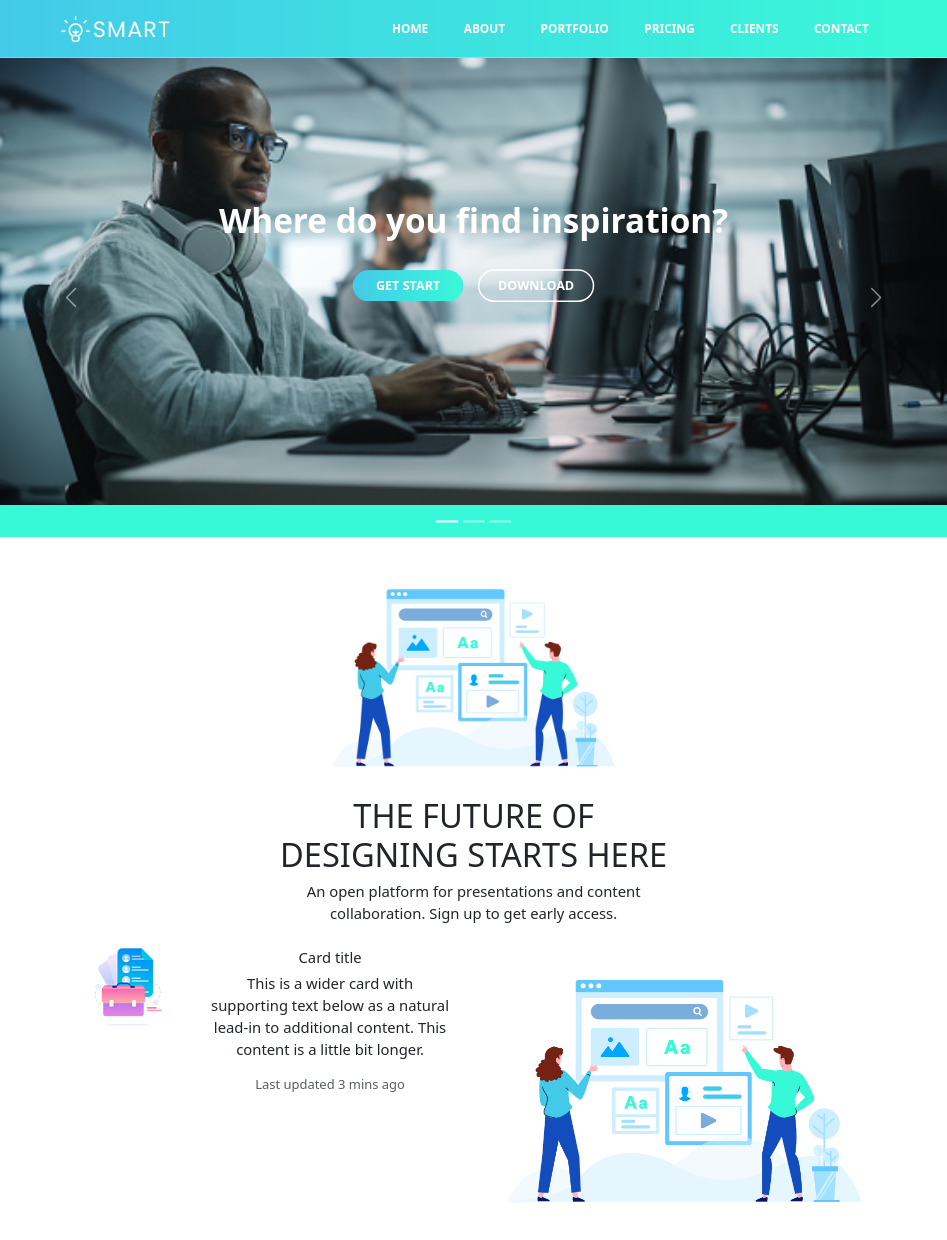
Repository: rizwan-zafar/smart-React
Page: /
The author's editor kept a copy of each file at every save. The page is drawn from the files as they stood at one save, then again after the next save.
The browser window is 1280 px wide. The pictures show the whole page, at 74% of full size.
The project was rebuilt for these pictures with package versions that can differ from the ones it lists, and the page was loaded fresh each time.

Above is the page before, as saved 2022-11-17 10:58:59.

### public/index.html
<!DOCTYPE html>
<html lang="en">
  <head>
    <meta charset="utf-8" />
    <link rel="icon" href="%PUBLIC_URL%/favicon.ico" />
    <meta name="viewport" content="width=device-width, initial-scale=1" />
    <meta name="theme-color" content="#000000" />
    <meta
      name="description"
      content="Web site created using create-react-app"
    />
    <link rel="apple-touch-icon" href="%PUBLIC_URL%/logo192.png" />
    <!--
      manifest.json provides metadata used when your web app is installed on a
      user's mobile device or desktop. See https://developers.google.com/web/fundamentals/web-app-manifest/
    -->
    <link rel="manifest" href="%PUBLIC_URL%/manifest.json" />
    <!--
      Notice the use of %PUBLIC_URL% in the tags above.
      It will be replaced with the URL of the `public` folder during the build.
      Only files inside the `public` folder can be referenced from the HTML.

      Unlike "/favicon.ico" or "favicon.ico", "%PUBLIC_URL%/favicon.ico" will
      work correctly both with client-side routing and a non-root public URL.
      Learn how to configure a non-root public URL by running `npm run build`.
    -->
    <title>React App</title>
  </head>
  <body>
    <noscript>You need to enable JavaScript to run this app.</noscript>
    <div id="root"></div>

   </body>
</html>

### src/index.js
import React from 'react';
import './index.css';
import "../node_modules/bootstrap/dist/css/bootstrap.min.css"
import "../node_modules/bootstrap/dist/js/bootstrap.min.js"
import "./Components/FontawsomeIcons"
import ReactDOM from 'react-dom/client';
import App from './App';
const root = ReactDOM.createRoot(document.getElementById('root'));
root.render(
  <React.StrictMode>
    <App />
  </React.StrictMode>
);

// If you want to start measuring performance in your app, pass a function
// to log results (for example: reportWebVitals(console.log))
// or send to an analytics endpoint. Learn more: https://bit.ly/CRA-vitals

### src/Components/FontawsomeIcons/index.js
import {library} from "@fortawesome/fontawesome-svg-core"
import {faUser,faBars,faPlus} from "@fortawesome/free-solid-svg-icons"
library.add(faUser,faBars,faPlus)

### src/App.js
 import HomePage from "./Pages/Home"
function App() {
  return (
    <div className="App">
        <HomePage />
    </div>
  );
}

export default App;

### src/Pages/Home.js
import React from 'react'
import Navbar from "../Components/Navbar"
import Slider from "../Components/Slider"
import Service from "../Components/Service";
export default function Home() {
    return (
        <div>
            <Navbar />
            <Slider />
            <Service />
        </div>
    )
}

### src/Components/Navbar.js
import React from 'react'
import "../Css/Navbar.css"

import { FontAwesomeIcon } from "@fortawesome/react-fontawesome"
export default function Navbar() {
    const [hamburgerIcon, setHamburgerIcon] = React.useState('bars')
    const [rotateIcon, setRotateIcon] = React.useState('')
    const handleHumBurger = (hamburgerIcon) => {
        if (hamburgerIcon === 'bars') {
            setRotateIcon('icon-rotate')
            setHamburgerIcon('plus')
        } else {
            setRotateIcon('anti-icon-rotate')
            setHamburgerIcon("bars")
        }
    }
     return (
        <div className="NavContainer">
            <nav className="navbar navbar-expand-lg navbar-dark">
                <div className="container">
                    <a className="navbar-brand" href="/">
                        <img className="img-fluid" src="Images/logo.png" alt="not found" />
                    </a>
                    <div className="navbar-toggler" type="button" data-bs-toggle="collapse"   onClick={() => { handleHumBurger(hamburgerIcon) }} data-bs-target="#navbarNav" aria-controls="navbarNav" aria-expanded="false" aria-label="Toggle navigation">
                        <FontAwesomeIcon  className={rotateIcon} icon={hamburgerIcon}  />
                    </div>
                    <div className="collapse navbar-collapse navSetting" id="navbarNav">
                        <ul className="navbar-nav ms-auto">
                            <li className="nav-item">
                                <a className="nav-link active" aria-current="page" href="/">Home</a>
                            </li>
                            <li className="nav-item">
                                <a className="nav-link" href="/">ABOUT</a>
                            </li>
                            <li className="nav-item">
                                <a className="nav-link" href="/">PORTFOLIO</a>
                            </li>

                            <li className="nav-item">
                                <a className="nav-link" href="/">PRICING</a>
                            </li>

                            <li className="nav-item">
                                <a className="nav-link" href="/">CLIENTS</a>
                            </li>

                            <li className="nav-item">
                                <a className="nav-link" href="/">CONTACT</a>
                            </li>

                        </ul>
                    </div>
                </div>
            </nav>
        </div>
    )
}

### src/Components/Slider.js
import React from 'react'
import "../Css/Slider.css"

export default function Slider() {
    return (
        <div className="sliderContainer">
            <div id="carouselExampleCaptions" className="carousel slide" data-bs-ride="false">

                <div className="carousel-indicators">
                    <button type="button" data-bs-target="#carouselExampleCaptions" data-bs-slide-to="0" className="active" aria-current="true" aria-label="Slide 1"></button>
                    <button type="button" data-bs-target="#carouselExampleCaptions" data-bs-slide-to="1" aria-label="Slide 2"></button>
                    <button type="button" data-bs-target="#carouselExampleCaptions" data-bs-slide-to="2" aria-label="Slide 3"></button>
                </div>

                <div className="carousel-inner">
                    <div className="carousel-item active bg-cover slide-image1">
                        <div className="carousel-caption">
                            <p> If not now, then when?</p>
                            <div>
                                <button className="btn btn1">Get Start</button>
                                <button className="btn btn2">Download</button>
                            </div>
                        </div>
                    </div>
                    <div className="carousel-item active bg-cover slide-image2">
                        <div className="carousel-caption">
                            <p>What does your joy look like today?</p>
                            <div>
                                <button className="btn btn1">Get Start</button>
                                <button className="btn btn2">Download</button>
                            </div>
                        </div>
                    </div>
                    <div className="carousel-item active bg-cover slide-image3">
                        <div className="carousel-caption">
                            <p>Where do you find inspiration?</p>
                            <div>
                                <button className="btn btn1">Get Start</button>
                                <button className="btn btn2">Download</button>
                            </div>
                        </div>
                    </div>
                </div>
                <button className="carousel-control-prev" type="button" data-bs-target="#carouselExampleCaptions" data-bs-slide="prev">
                    <span className="carousel-control-prev-icon" aria-hidden="true"></span>
                    <span className="visually-hidden">Previous</span>
                </button>
                <button className="carousel-control-next" type="button" data-bs-target="#carouselExampleCaptions" data-bs-slide="next">
                    <span className="carousel-control-next-icon" aria-hidden="true"></span>
                    <span className="visually-hidden">Next</span>
                </button>
            </div>
        </div>
    )
}

### src/Components/Service.js
import React from 'react'
import "../Css/Services.css"
export default function Service() {
    return (
        <div className="services">
            <br />
            <div className="text-center">
                <img class="custom-image" src="/Images/services.png" alt="Services" />
                <div className='container custom-container'>
                    <h4>The future of designing starts here</h4>
                    <p>An open platform for presentations and content collaboration. Sign up to get early access.</p>
                </div>
            </div>
            {/* style={{max-width: 540px;}} */}
            <div className="container text-center">
                <div className="row">
                    <div className="col-xs-12 col-sm-12 col-md-6 col-lg-6 col-xl-6 ">
                        <div class="card mb-3" >
                            <div className="row g-0">
                                <div className="col-md-4">
                                    <img src="/Images/icon-1.png" className="img-fluid rounded-start" alt="..." />
                                </div>
                                <div className="col-md-8">
                                    <div className="card-body">
                                        <h5 className="card-title">Card title</h5>
                                        <p className="card-text">This is a wider card with supporting text below as a natural lead-in to additional content. This content is a little bit longer.</p>
                                        <p className="card-text"><small className="text-muted">Last updated 3 mins ago</small></p>
                                    </div>
                                </div>
                            </div>
                        </div>

                    </div>

                    <div className="col-xs-12 col-sm-12 col-md-6 col-lg-6 col-xl-6 ">
                        <img class="img-fluid" src="/Images/services.png" alt="Services" />

                    </div>

                </div>
            </div>

        </div>
    )
}

### src/Css/Navbar.css

.NavContainer  .navbar-toggler
{
    color:black;
    border:none;
}
.NavContainer .navbar-brand img{
    max-width: 150px;
}
.NavContainer .navbar-dark
{
    background: linear-gradient(to right,#43cae9, #38f9d7 100%)
}

.NavContainer .navbar-nav li{
   padding: 11px 16px;
 }
.NavContainer .navbar-nav li a{
color:#fff;
font-weight: 700;
text-transform: uppercase;
font-size: 16px;
}



@media (min-width: 1200px)
{
.NavContainer .container {
    max-width: 1140px;
}
}


@media (max-width: 991px)
 {
    .NavContainer .navSetting
    {
        position: absolute;
        top: 100%;
        left: 0;
        width: 100%;
        background: linear-gradient(to right,#43cae9, #38f9d7 100%);
        z-index: 8;
        padding: 10px 16px;
        -webkit-box-shadow: 0 3px 6px 0 rgb(0 0 0 / 16%);
        -moz-box-shadow: 0 3px 6px 0 rgba(0, 0, 0, 0.16);
        box-shadow: 0 3px 6px 0 rgb(0 0 0 / 16%);
    }
 }

 .NavContainer .icon-rotate {
   transform:rotate(90deg);
    transition: 0.5s;

  }
 .NavContainer .anti-icon-rotate {
   transform:rotate(-0deg);
    transition: 0.5s;

  }

### src/Css/Slider.css
.sliderContainer .carousel-inner .bg-cover{
     height: 90vh;
     background-size: cover;
     background-repeat: no-repeat;
     background-position: center center;
}
.sliderContainer .slide-image1{
    background-image: url("/public/Images/slider-1.jpg");
}
.sliderContainer .slide-image2{
    background-image: url("/public/Images/slider-2.jpg");
}
.sliderContainer .slide-image3{
    background-image: url("/public/Images/slider-3.jpg");
}

.sliderContainer .carousel-caption
{

    position: absolute;
    right: 15%;
    bottom: 1.25rem;
    left: 15%;
    padding-top: 1.25rem;
    padding-bottom: 1.25rem;
    color: #fff;
    text-align: center;
    font-size: 45px;
    font-weight: bold;
    top: 23vh;

}
.sliderContainer .btn1{

    margin: 10px;
    background: linear-gradient(to right,#43cae9, #38f9d7 100%);
    padding: 7px 30px 7px 30px;
    font-weight: bold;
    color: white;
    font-size: 17px;
    border-radius: 29px;
    text-transform: uppercase;

}

.sliderContainer .btn2{
    margin: 10px;
    background:  transparent;
    padding: 7px 25px 7px 25px;
    font-weight: bold;
    color: white;
    font-size: 17px;
    border-radius: 29px;
    border: 2px solid white;
    text-transform: uppercase;

}
.sliderContainer .carousel-indicators{
    margin-right: 0;
    margin-left: 0;
    margin-bottom: 0;
    background: #38f9d7;
    padding: 10px;
}
@media (max-width: 991px)
 {
    .sliderContainer .carousel-inner .bg-cover
    {
        height: 350px;
    }

   .sliderContainer .carousel-caption
   {
       font-size: 25px ;
       top: 11vh;
       font-weight: bolder;
   }

   .sliderContainer .btn
   {
    font-size: 15px;
    }
   .sliderContainer .btn
   {
    font-size: 15px;
    }

    .sliderContainer .carousel-indicators{
        margin-right: 0;
        margin-left: 0;
        margin-bottom: 0;
        background: transparent;

    }
 }

### src/Css/Services.css
.services h4{
    font-size: 44px;
    text-transform: uppercase;

}
.services p{
    font-size: 20px;
}
.services .custom-image
{
max-width: 34%;
height: auto;
}
.services .custom-container
{
    max-width: 600px;
}
.services .card{
    border: none;
}
@media (max-width: 991px)
 {
    .services .custom-image
    {
    max-width: 100%;
    height: auto;
    }
    .services h4{
        font-size: 25px;
       text-transform: uppercase;
    }
    .services p{
        font-size: 16px;
     }
 }

Loaded but not shown: src/index.css (common file)

After the next save:
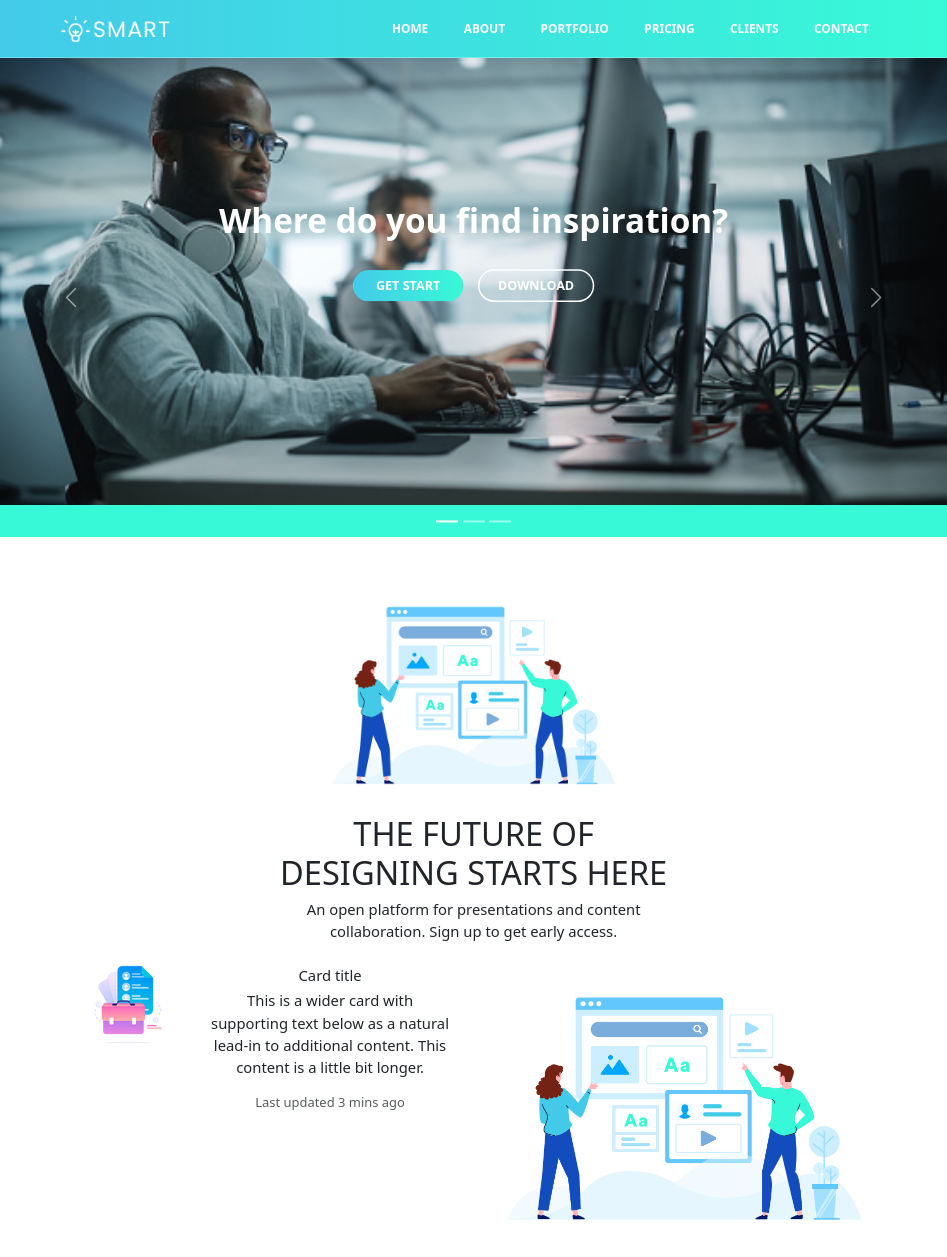
Saved 7 s later.
--- a/src/Components/Service.js
+++ b/src/Components/Service.js
@@ -3,7 +3,7 @@ import "../Css/Services.css"
 export default function Service() {
     return (
         <div className="services">
-            <br />
+            <br /><br />
             <div className="text-center">
                 <img class="custom-image" src="/Images/services.png" alt="Services" />
                 <div className='container custom-container'>
